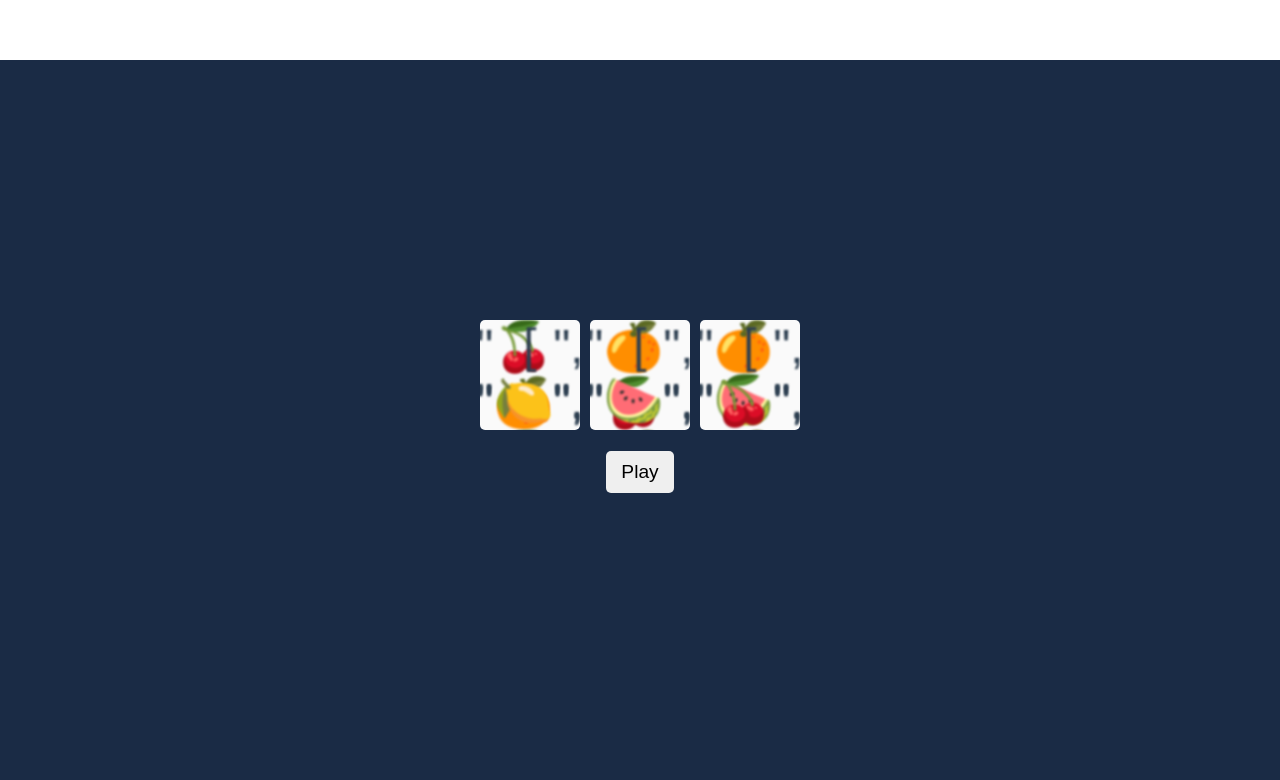
Repository: HERBOD7/slotmachine
Page: /
An editor plug-in stored every save of this project. The page is shown before and after the next save, followed by the edit.
The browser window is 1280 px wide. The pictures show the whole page.
The project was rebuilt for these pictures with package versions that can differ from the ones it lists, and the page was loaded fresh each time. Also part of the build but not shown: vue.config.js.

Above is the page before, as saved 2023-07-22 23:33:06.

### src/App.vue
<template>
  <div id="app">
    <div class="doors">
      <div class="door" v-for="(symbol, index) in symbols" :key="index">
        <div class="boxes">
          <div
            :class="['box', isShuffling ? 'animation' : 'blur']"
            v-for="(item, index) in generate(symbol)"
            :key="index"
          >
            {{ symbol }}
          </div>
        </div>
      </div>
    </div>

    <div class="buttons">
      <button @click="spin" id="spinner">Play</button>
    </div>
  </div>
</template>

<script>
// import HelloWorld from "./components/HelloWorld.vue";

export default {
  name: "App",
  components: {
    // HelloWorld,
  },
  data() {
    return {
      // symbols: ["🍋", "🍉", "🍒", "🍊"],
      symbols: [
        ["🍋", "🍉", "🍒", "🍊"],
        ["🍋", "🍉", "🍒", "🍊"],
        ["🍋", "🍉", "🍒", "🍊"],
      ],
      isShuffling: false,
    };
  },
  created() {
    // this.init();
  },
  methods: {
    spin() {
      for (let i = 0; i < 3; i++) {
        // const arr = [];
        // for (let n = 0; n < (groups > 0 ? groups : 1); n++) {
        // arr.push(...this.symbols[i]);
        console.log(this.symbols[i]);
        // }
        this.symbols[i] = this.shuffle(this.symbols[i]);
        this.isShuffling = true;
      }
    },
    generate(arr) {
      return this.shuffle(arr);
    },
    shuffle(array) {
      for (let i = array.length - 1; i > 0; i--) {
        const j = Math.floor(Math.random() * (i + 1));
        [array[i], array[j]] = [array[j], array[i]];
      }
      return array;
    },
  },
};
</script>

<style>
#app {
  font-family: Avenir, Helvetica, Arial, sans-serif;
  -webkit-font-smoothing: antialiased;
  -moz-osx-font-smoothing: grayscale;
  text-align: center;
  color: #2c3e50;
  margin-top: 60px;
}

body {
  width: 100vw;
  height: 100vh;
  margin: 0;
  padding: 0;
}

#app {
  width: 100%;
  height: 100%;
  background: #1a2b45;
  display: flex;
  flex-direction: column;
  justify-content: center;
  align-items: center;
}

.doors {
  display: flex;
}

.door {
  background: #fafafa;
  width: 100px;
  height: 110px;
  overflow: hidden;
  border-radius: 5px;
  margin: 5px;
}

.boxes {
  transform: translateY(0);
  transition: transform 1s ease-in-out;
}

.box {
  display: flex;
  justify-content: center;
  align-items: center;
  font-size: 3rem;
  height: 110px;
  width: 100px;
  transform: translateY(0px);
}

.animation {
  transform: translateY(3px);
  transition: transform 1s ease-in-out;
}

.blur {
  filter: blur(1px);
}

.buttons {
  margin: 1rem 0 2rem 0;
}

button {
  cursor: pointer;
  font-size: 1.2rem;
  margin: 0 0.2rem;
  border: none;
  border-radius: 5px;
  padding: 10px 15px;
}

.info {
  position: fixed;
  bottom: 0;
  width: 100%;
  text-align: center;
}
</style>

Loaded but not shown: public/index.html (common file); src/main.js (common file)

After the next save:
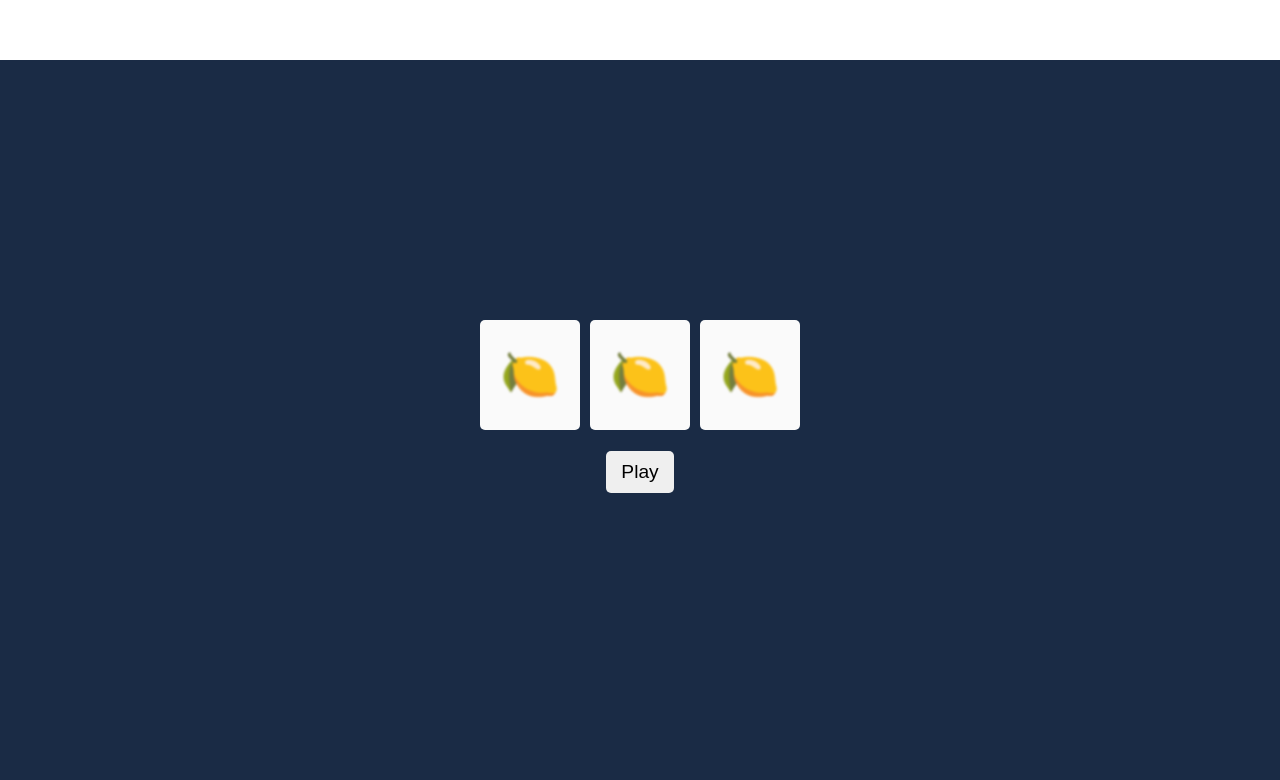
Saved 44 s later.
--- a/src/App.vue
+++ b/src/App.vue
@@ -5,10 +5,10 @@
         <div class="boxes">
           <div
             :class="['box', isShuffling ? 'animation' : 'blur']"
-            v-for="(item, index) in generate(symbol)"
+            v-for="(item, index) in symbol"
             :key="index"
           >
-            {{ symbol }}
+            {{ item }}
           </div>
         </div>
       </div>
@@ -53,9 +53,6 @@ export default {
         this.symbols[i] = this.shuffle(this.symbols[i]);
         this.isShuffling = true;
       }
-    },
-    generate(arr) {
-      return this.shuffle(arr);
     },
     shuffle(array) {
       for (let i = array.length - 1; i > 0; i--) {
